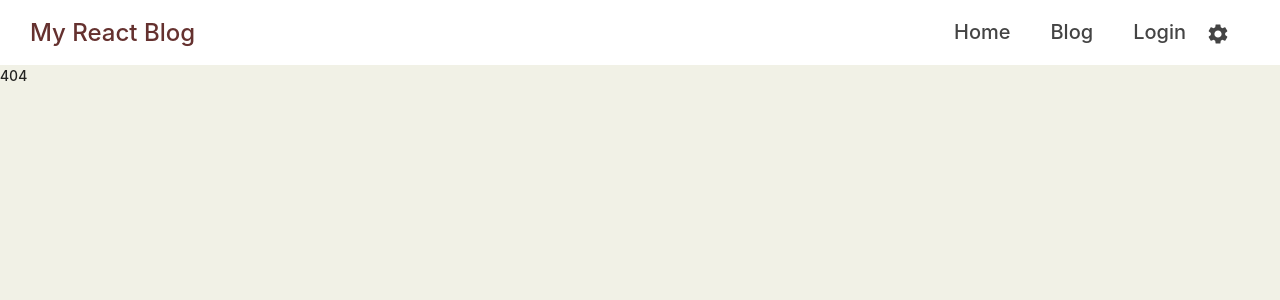
Repository: Kaycee-attah/react_blog
Page: /
These files come from the project's save history. The page is drawn as it stood at one moment and after the next save; the edit follows.
The browser window is 1280 px wide. The pictures show the whole page.
The project was rebuilt for these pictures with package versions that can differ from the ones it lists, and the page was loaded fresh each time.

Above is the page before, as saved 2021-10-09 19:51:54.

After the next save:
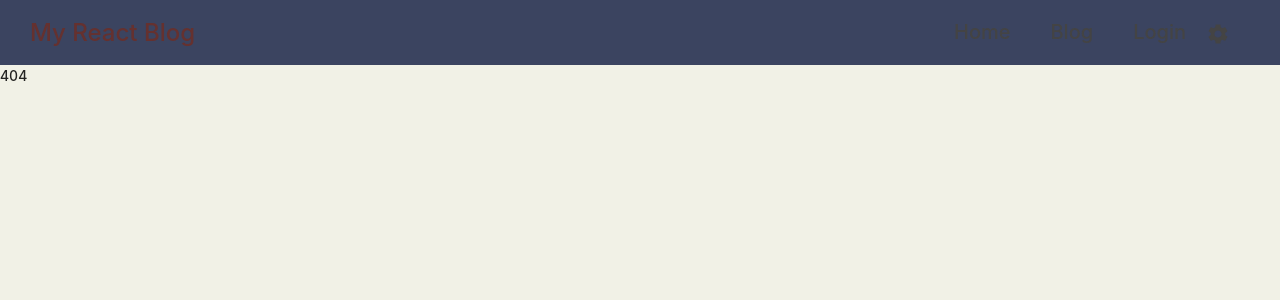
Saved 2 min 42 s later.
--- a/src/assets/scss/_variables.scss
+++ b/src/assets/scss/_variables.scss
@@ -5,7 +5,7 @@
 $input-type-checkbox-Checked: #f8f8f8;
 $navigation-link-color-onHover: #2997ff;
 $navigation-link-color: #444;
-$navigation-background-color: white;
+$navigation-background-color: #3b4460;
 $settings-dropDown-Menu-Card-backGroundColor: #f8f8f8;
 $settings-dropDown-Menu-backGroundColor: white;
 $toggle-checkbox-darkMode-backgroundColor: #092c3e;

After the save that followed:
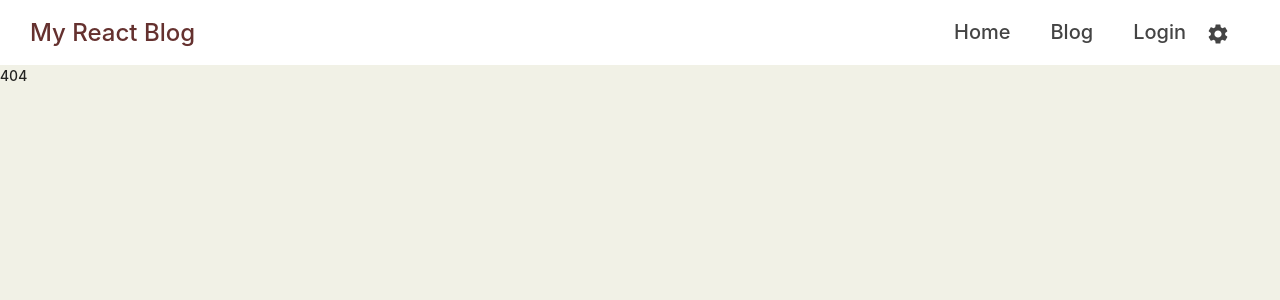
Saved 34 s later.
--- a/src/assets/scss/_variables.scss
+++ b/src/assets/scss/_variables.scss
@@ -5,7 +5,7 @@
 $input-type-checkbox-Checked: #f8f8f8;
 $navigation-link-color-onHover: #2997ff;
 $navigation-link-color: #444;
-$navigation-background-color: #3b4460;
+$navigation-background-color: white;
 $settings-dropDown-Menu-Card-backGroundColor: #f8f8f8;
 $settings-dropDown-Menu-backGroundColor: white;
 $toggle-checkbox-darkMode-backgroundColor: #092c3e;
